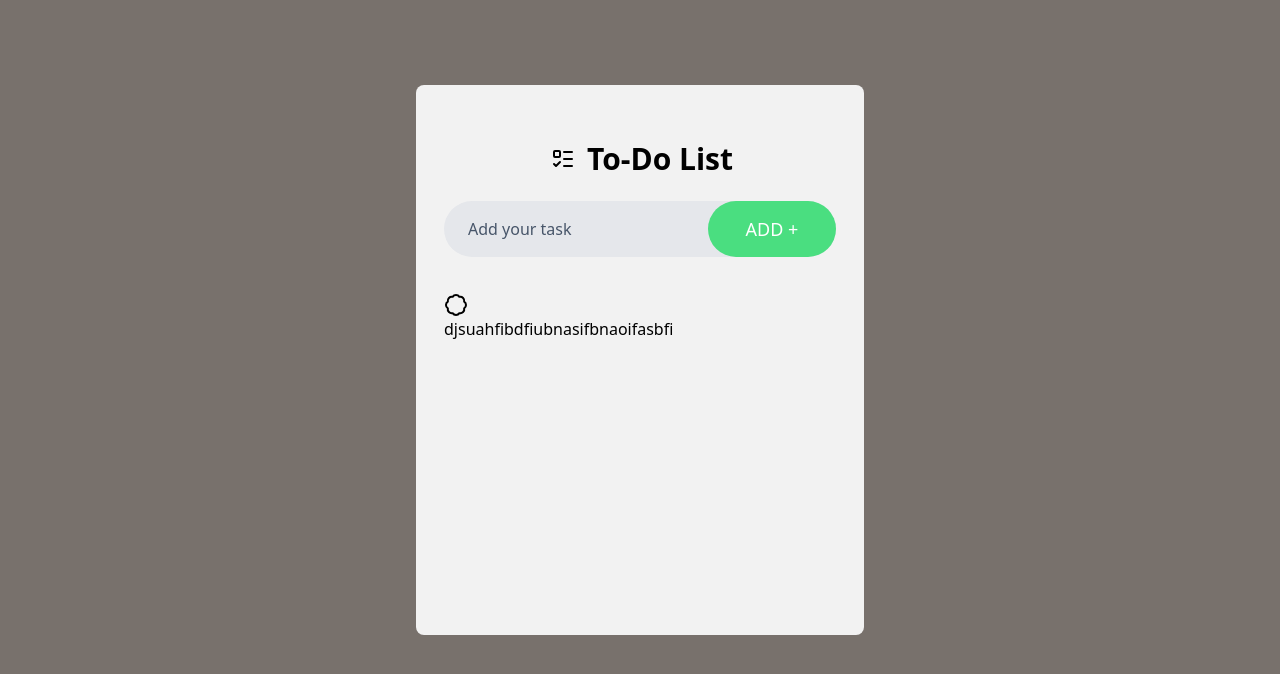
Repository: guilhermecardoso93/todolist-2025-tailwind
Page: /
An editor plug-in stored every save of this project. The page is shown before and after the next save, followed by the edit.
The browser window is 1280 px wide. The pictures show the whole page.
The project was rebuilt for these pictures with package versions that can differ from the ones it lists, and the page was loaded fresh each time. Also part of the build but not shown: vite.config.js.

Above is the page before, as saved 2024-11-07 20:11:59.

After the next save:
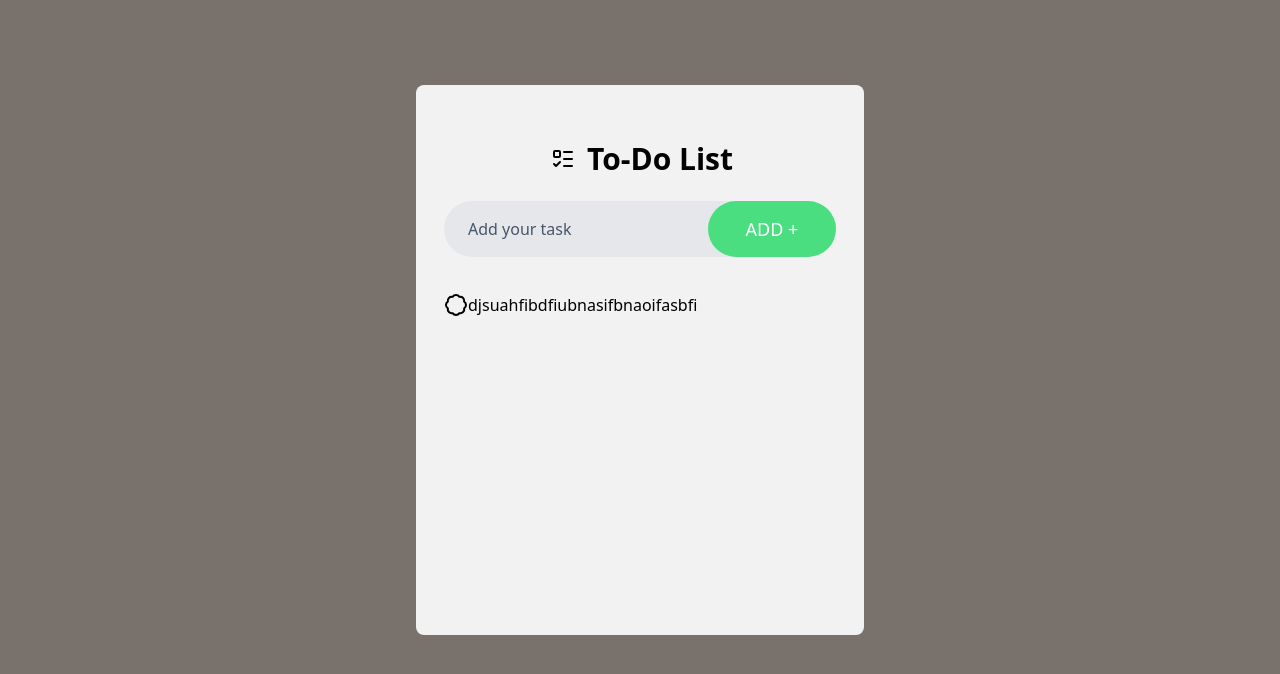
Saved 23 s later.
--- a/src/components/Item.jsx
+++ b/src/components/Item.jsx
@@ -3,7 +3,7 @@ import { Badge, BadgeCheck, Trash2 } from "lucide-react";
 export function Item() {
   return (
     <div className="flex items-center my-3 gap-2">
-      <div className="">
+      <div className="flex">
         <Badge />
         <p>djsuahfibdfiubnasifbnaoifasbfi</p>
       </div>
